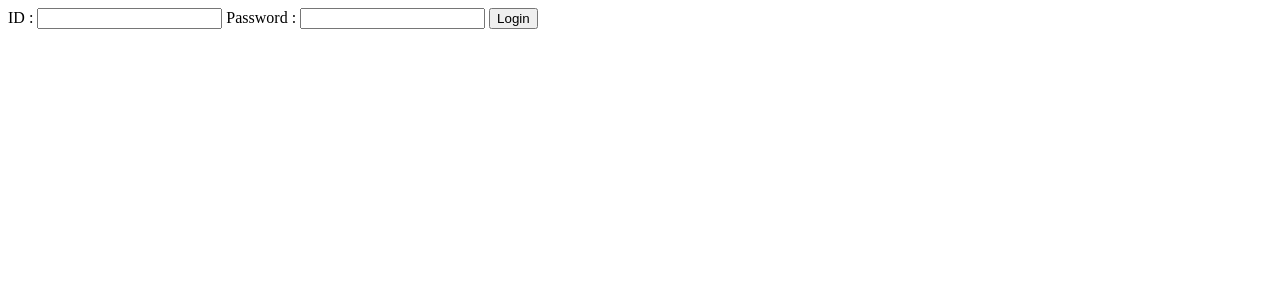
Repository: venkatasanthoshpamuru/Advance_Java_Projects
Page: First_JSP/src/main/webapp/Form.html
An editor plug-in stored every save of this project. The page is shown before and after the next save, followed by the edit.
The browser window is 1280 px wide. The pictures show the whole page.

Above is the page before, as saved 2024-03-09 06:39:01.

### First_JSP/src/main/webapp/Form.html
<!DOCTYPE html>
<html>
  <head>
    <title>First JSP</title>
  </head>
  <body>
    <form method="post" action="">
     <label>ID : </label>
     <input type="text" name="userid" id="userid" required/>
     <label>Password : </label>
     <input type="password" name="password" id="password" required/>
     <button type="submit">Login</button>
    </form>
  </body>
</html>

After the next save:
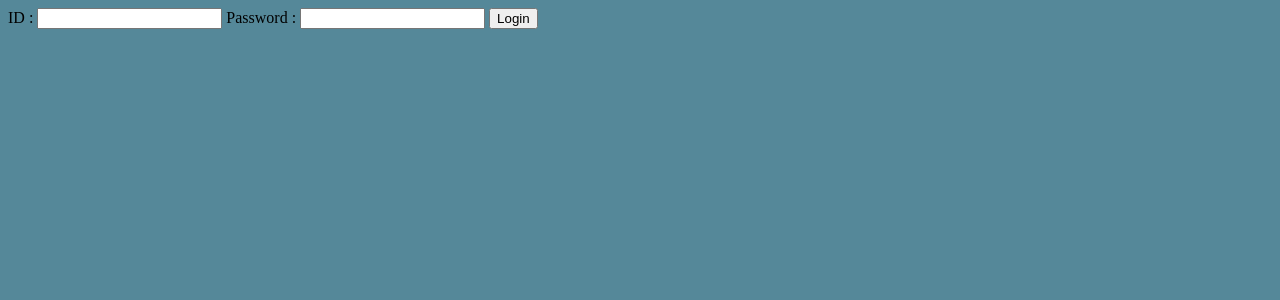
Saved 36 s later.
--- a/First_JSP/src/main/webapp/Form.html
+++ b/First_JSP/src/main/webapp/Form.html
@@ -3,7 +3,7 @@
   <head>
     <title>First JSP</title>
   </head>
-  <body>
+  <body bgcolor="#589">
     <form method="post" action="">
      <label>ID : </label>
      <input type="text" name="userid" id="userid" required/>
